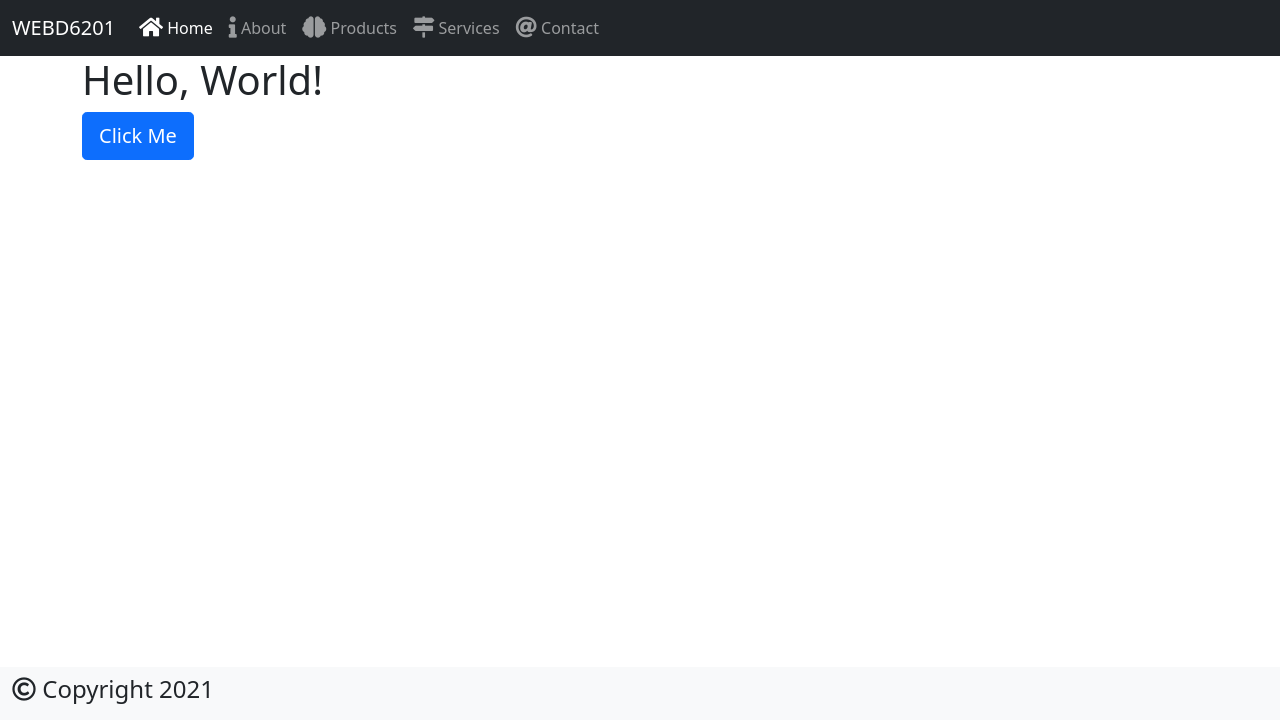
Repository: MuzhdaEhsan/WEBD6201-W2021-ICE1
Page: Week1/index.html
The author's editor kept a copy of each file at every save. The page is drawn from the files as they stood at one save, then again after the next save.
The browser window is 1280 px wide. The pictures show the whole page.

Above is the page before, as saved 2021-01-20 02:35:35.

### Week1/index.html
<!DOCTYPE html>
<html lang="en">
<head>
    <meta charset="UTF-8">
    <meta name="viewport" content="width=device-width, initial-scale=1.0">
    <title>Hello, World!</title>
    <!-- CSS Section -->
    <link rel="stylesheet" href="./node_modules/bootstrap/dist/css/bootstrap.min.css">
    <link rel="stylesheet" href="./node_modules/@fortawesome/fontawesome-free/css/all.min.css">
    <link rel="stylesheet" href="./Content/app.css">
</head>
<body>
    <!-- Main Nav -->

    <header>
        <nav class="navbar navbar-expand-lg navbar-dark bg-dark">
            <div class="container-fluid">
              <a class="navbar-brand" href="#">WEBD6201</a>
              <button class="navbar-toggler" type="button" data-bs-toggle="collapse" data-bs-target="#navbarSupportedContent" aria-controls="navbarSupportedContent" aria-expanded="false" aria-label="Toggle navigation">
                <span class="navbar-toggler-icon"></span>
              </button>
              <div class="collapse navbar-collapse" id="navbarSupportedContent">
                <ul class="navbar-nav ml-auto mb-2 mb-lg-0">

                  <li class="nav-item">
                    <a class="nav-link active" aria-current="page" href="#">
                        <i class="fas fa-home fa-lg"></i> Home</a>
                  </li>

                  <li class="nav-item">
                    <a class="nav-link" aria-current="page" href="#">
                        <i class="fas fa-info fa-lg"></i> About</a>
                  </li>

                  <li class="nav-item">
                    <a class="nav-link" aria-current="page" href="#">
                        <i class="fas fa-brain fa-lg"></i> Products</a>
                  </li>

                  <li class="nav-item">
                    <a class="nav-link" aria-current="page" href="#">
                        <i class="fas fa-map-signs fa-lg"></i> Services</a>
                  </li>

                  <li class="nav-item">
                    <a class="nav-link" aria-current="page" href="#">
                        <i class="fas fa-at fa-lg"></i> Contact</a>
                  </li>

                </ul>
              </div>
            </div>
          </nav>
    </header>

    <main class="container">
        <h1>Hello, World!</h1>
        <button id="clickMeButton" class="btn btn-primary btn-lg">Click Me</button>
    </main>

    <footer>
        <nav class="navbar fixed-bottom navbar-light bg-light">
            <div class="container-fluid">
              <h4><i class="far fa-copyright"></i> Copyright 2021</h4>
            </div>
        </nav>
    </footer>

    <!-- JavaScript Section -->
    <script src="./node_modules/jquery/dist/jquery.min.js"></script>
    <script src="./node_modules/bootstrap/dist/js/bootstrap.bundle.min.js"></script>
    <script src="./Scripts/app.js"></script>
</body>
</html>

### Week1/Scripts/app.js
/* custom scripts go here */

//IIFE - Immediately Invoked Function Expression
//AKA: Anonymous Self-Executing Function

(function()
{
    // initialization function
    function Start()
    {
        console.log("App Started...");

        let clickMeButton = document.getElementById("clickMeButton");

        clickMeButton.addEventListener("click", ()=>
        {
            console.log("Click Me Button was clicked!");
        });
    }

    // event listener
    window.addEventListener("load", Start);

})();

Loaded but not shown: Week1/node_modules/bootstrap/dist/css/bootstrap.min.css (library); Week1/node_modules/@fortawesome/fontawesome-free/css/all.min.css (library); Week1/node_modules/jquery/dist/jquery.min.js (library); Week1/node_modules/bootstrap/dist/js/bootstrap.bundle.min.js (library); Week1/Content/app.css (no stored copy; drawn as an empty file)

After the next save:
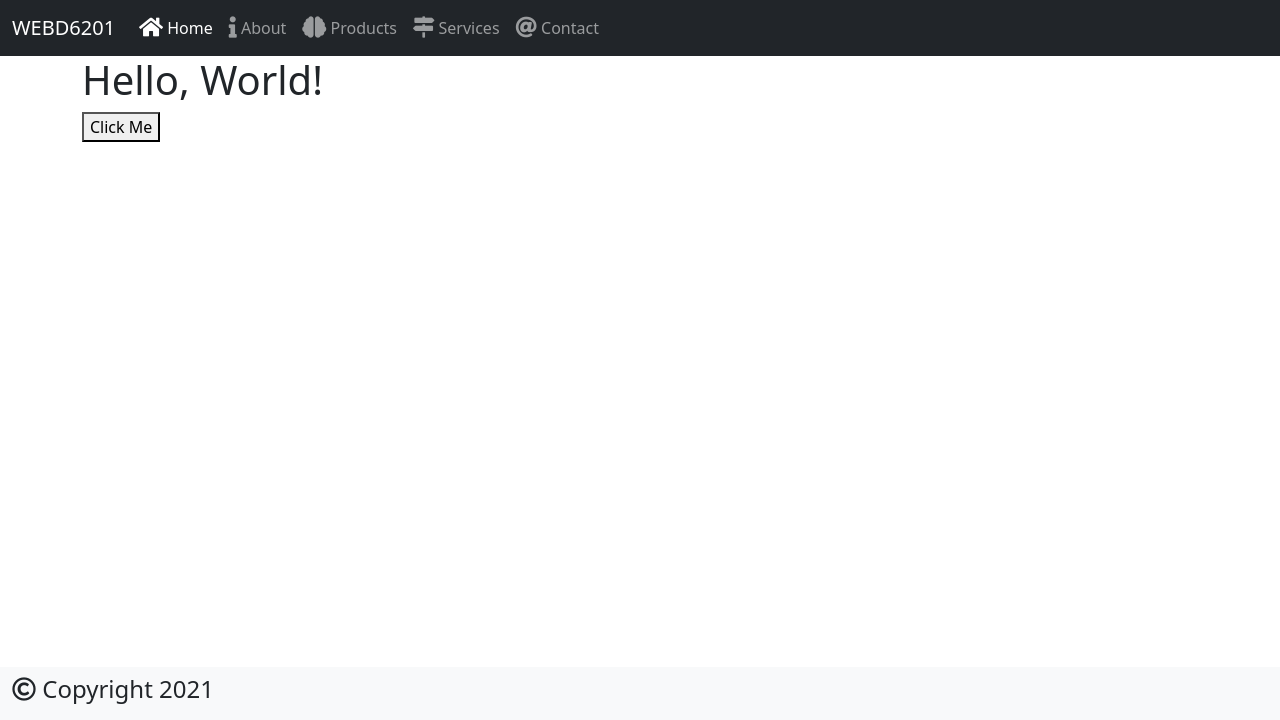
Saved 79 s later.
--- a/Week1/index.html
+++ b/Week1/index.html
@@ -55,7 +55,7 @@
 
     <main class="container">
         <h1>Hello, World!</h1>
-        <button id="clickMeButton" class="btn btn-primary btn-lg">Click Me</button>
+        <button id="clickMeButton" >Click Me</button>
     </main>
 
     <footer>

After the save that followed:
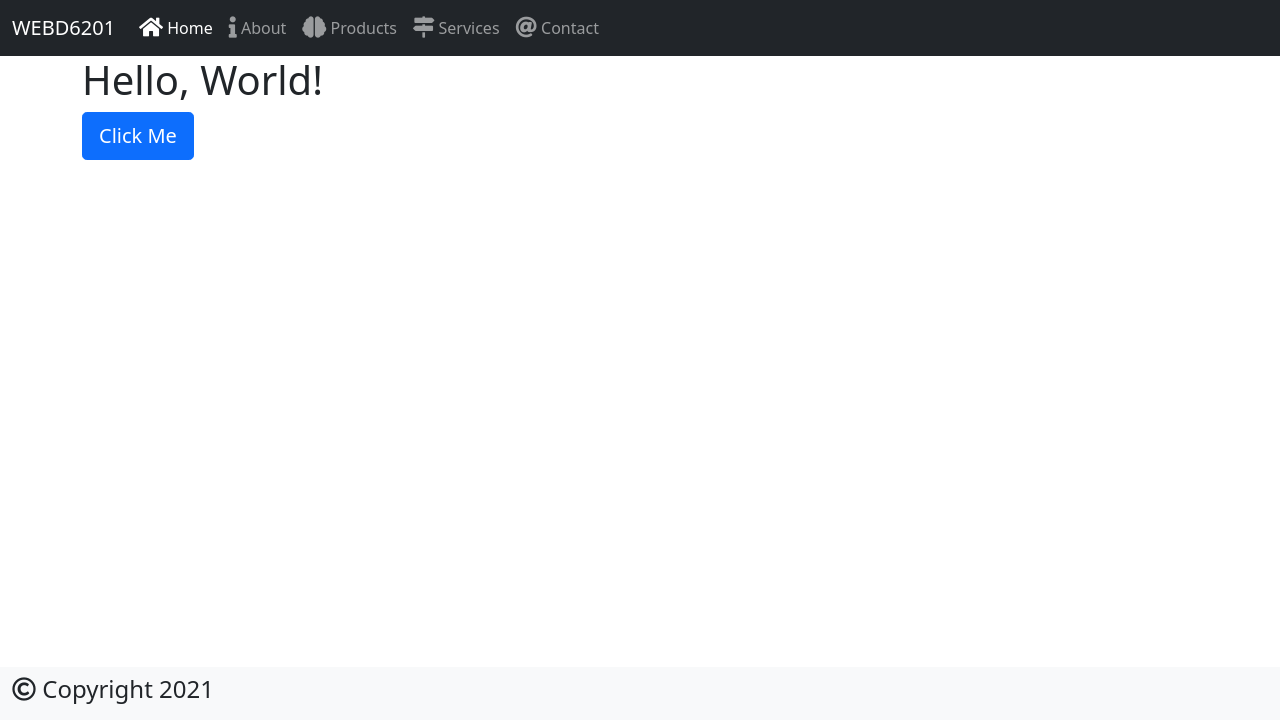
Saved 8 s later.
--- a/Week1/index.html
+++ b/Week1/index.html
@@ -55,7 +55,7 @@
 
     <main class="container">
         <h1>Hello, World!</h1>
-        <button id="clickMeButton" >Click Me</button>
+        <button id="clickMeButton" class="btn btn-primary btn-lg">Click Me</button>
     </main>
 
     <footer>
